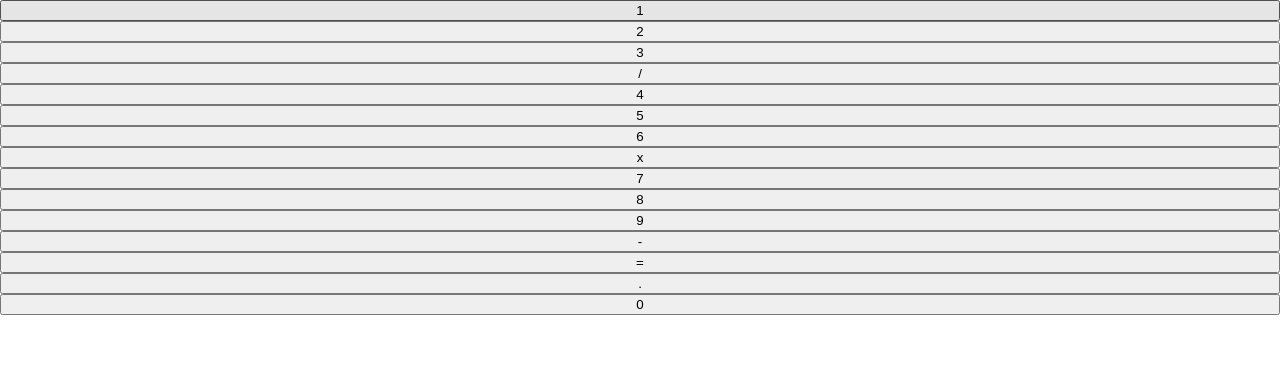
Repository: hoangphuong965/calculator_react
Page: /
These files come from the project's save history. The page is drawn as it stood at one moment and after a run of saves; the edit follows.
The browser window is 1280 px wide. The pictures show the whole page.
The project was rebuilt for these pictures with package versions that can differ from the ones it lists, and the page was loaded fresh each time.

Above is the page before, as saved 2020-08-04 08:02:46.

### src/App.js
import React from "react";
import "./App.css";
import Key from "./component/Key";

function App() {
  return <div className="App">
    <Key />
  </div>;
}

export default App;

### src/App.css
.App {
  text-align: center;
}

.App-logo {
  height: 40vmin;
  pointer-events: none;
}

@media (prefers-reduced-motion: no-preference) {
  .App-logo {
    animation: App-logo-spin infinite 20s linear;
  }
}

.App-header {
  background-color: #282c34;
  min-height: 100vh;
  display: flex;
  flex-direction: column;
  align-items: center;
  justify-content: center;
  font-size: calc(10px + 2vmin);
  color: white;
}

.App-link {
  color: #61dafb;
}

@keyframes App-logo-spin {
  from {
    transform: rotate(0deg);
  }
  to {
    transform: rotate(360deg);
  }
}



.key-number{
  display: grid;
  grid-template-columns: ;
}

### src/component/Key.js
import React from "react";

function Key() {
  return (
    <div className="key">
      <div className="key-controls"></div>
      <div className="key-number">
        <button className="data-key">1</button>
        <button className="data-key">2</button>
        <button className="data-key">3</button>
        <button className="data-key">/</button>
        <button className="data-key">4</button>
        <button className="data-key">5</button>
        <button className="data-key">6</button>
        <button className="data-key">x</button>
        <button className="data-key">7</button>
        <button className="data-key">8</button>
        <button className="data-key">9</button>
        <button className="data-key">-</button>
        <button className="data-key">=</button>
        <button className="data-key">.</button>
        <button className="data-key">0</button>
      </div>
    </div>
  );
}

export default Key;

Loaded but not shown: public/index.html (common file); src/index.js (common file); src/index.css (common file); src/serviceWorker.js (common file)

After the next 2 saves:
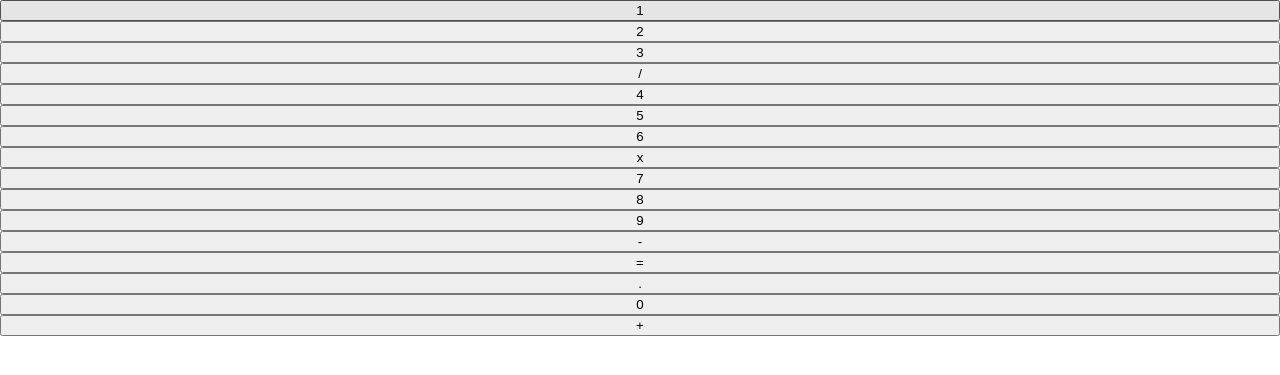
The 2 saves are shown as one change because they came seconds apart.
The last was saved 26 s later.
--- a/src/component/Key.js
+++ b/src/component/Key.js
@@ -20,6 +20,7 @@ function Key() {
         <button className="data-key">=</button>
         <button className="data-key">.</button>
         <button className="data-key">0</button>
+        <button className="data-key">+</button>
       </div>
     </div>
   );
